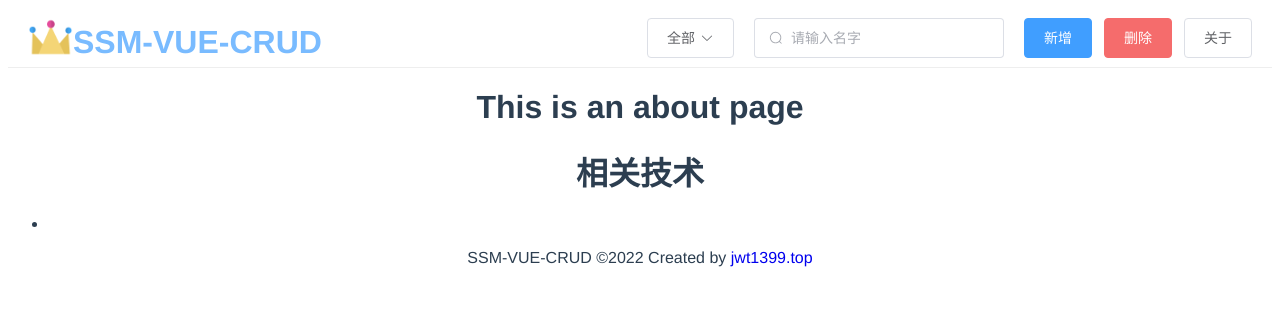
Repository: jwt1399/ssm-vue-crud
Page: /#/about (app in ssm-crud-front/)
These files come from the project's save history. The page is drawn as it stood at one moment and after the next save; the edit follows.
The browser window is 1280 px wide. The pictures show the whole page.
The project was rebuilt for these pictures with package versions that can differ from the ones it lists, and the page was loaded fresh each time. Also part of the build but not shown: ssm-crud-front/vue.config.js, ssm-crud-front/src/components/Form.vue, ssm-crud-front/src/views/CrudView.vue.

Above is the page before, as saved 2022-06-09 12:38:40.

### ssm-crud-front/public/index.html
<!DOCTYPE html>
<html lang="zh-Hans">
  <head>
    <meta charset="utf-8">
    <meta http-equiv="X-UA-Compatible" content="IE=edge">
    <meta name="viewport" content="width=device-width,initial-scale=1.0">
    <link rel="icon" href="<%= BASE_URL %>favicon.png">
    <title><%= htmlWebpackPlugin.options.title %></title>
  </head>
  <body>
    <noscript>
      <strong>We're sorry but <%= htmlWebpackPlugin.options.title %> doesn't work properly without JavaScript enabled. Please enable it to continue.</strong>
    </noscript>
    <div id="app"></div>
    <!-- built files will be auto injected -->
  </body>
</html>

### ssm-crud-front/src/main.js
import { createApp } from 'vue'
import App from './App.vue'
import router from './router'
import ElementPlus from 'element-plus'
import 'element-plus/dist/index.css'
import * as ElementPlusIconsVue from '@element-plus/icons-vue'

const app = createApp(App)

//配置全局icon
for (const [key, component] of Object.entries(ElementPlusIconsVue)) {
    app.component(key, component)
  }

app.use(router).use(ElementPlus).mount('#app')

### ssm-crud-front/src/App.vue
<template>
  <Header/>
  <router-view/>
  <Footer/>
</template>

<script>
import Header from '@/components/Header.vue'
import Footer from '@/components/Footer.vue'
export default {
    components: {
        Header,
        Footer,
    }
}
</script>

<style>
#app {
  font-family: Avenir, Helvetica, Arial, sans-serif;
  -webkit-font-smoothing: antialiased;
  -moz-osx-font-smoothing: grayscale;
  text-align: center;
  color: #2c3e50;
}
</style>

### ssm-crud-front/src/router/index.js
import { createRouter, createWebHashHistory } from 'vue-router'
import CrudView from '../views/CrudView.vue'
const routes = [
  {
    path: '/',
    name: 'home',
    component: CrudView
  },
  {
    path: '/about',
    name: 'about',
    // route level code-splitting
    // this generates a separate chunk (about.[hash].js) for this route
    // which is lazy-loaded when the route is visited.
    component: () => import(/* webpackChunkName: "about" */ '../views/AboutView.vue')
  }
]

const router = createRouter({
  history: createWebHashHistory(),
  routes
})

export default router

### ssm-crud-front/src/components/Header.vue
<template>
 <el-header class="header">
    <div class="nav">
        <a href="/" class="nav-link">
            <img src="../assets/favicon.png" alt="logo" class="nav-logo">
            <h1 class="nav-title ">SSM-VUE-CRUD</h1>
        </a>
    </div>
    <div class="nav-item">
        <el-dropdown>
            <el-button size="large">
                全部
                <el-icon class="el-icon--right">
                    <arrow-down />
                </el-icon>
            </el-button>
            <template #dropdown>
                <el-dropdown-menu>
                    <el-dropdown-item>Action 1</el-dropdown-item>
                    <el-dropdown-item>Action 2</el-dropdown-item>
                </el-dropdown-menu>
            </template>
        </el-dropdown>

        <div class="nav-search">
            <el-input
            placeholder="请输入名字"
            v-model="search"
            size="large"
            @change="searchChange"
            clearable >
                <template #prefix>
                    <el-icon class="el-input__icon"><search /></el-icon>
                </template>
            </el-input>

        </div>
        <el-button type="primary" size="large" @click="addEmployee()">新增</el-button>
        <el-button type="danger" size="large" @click="batchDeleteEmployee()">删除</el-button>
        <!-- <router-link to='/about'> -->
        <el-button type="default" size="large" @click="skipAbout()">关于</el-button>
        <!-- </router-link> -->
    </div>
</el-header>
</template>

<script>
import { useRouter } from 'vue-router'

export default {
    name: 'Header',
    setup() {
        const router = useRouter()
        const skipAbout = ()=>{
        // window.location.href='#/about';
        // router.push({path:'about'})
        router.push({ name: 'about'})
        }
        return {
            skipAbout,
        }
    },

}


</script>



<style scoped>
.nav-logo {
	height: 45px;
	width: 45px;
	vertical-align: middle;
	display: inline-block;
}

.nav-title {
	font-size: 2rem;
	display: inline-block;
	vertical-align: middle;
	color: #79bbff;
	padding-top: 10px;
}

.nav-item {
	display: flex;
	align-items: center;
}

.nav-search {
	width: 250px;
	margin: 0 20px;
}

.header {
	display: flex;
	align-items: center;
	justify-content: space-between;
	width: 100%;
	border-bottom: 1px solid #eee;
	min-width: 800px;
}



</style>

### ssm-crud-front/src/components/Footer.vue
<template>
<el-footer class="footer" style="text-align:center">
    SSM-VUE-CRUD ©2022 Created by
    <a href="https://jwt1399.top" style="text-decoration: none;">
    jwt1399.top
    </a>
 </el-footer>
</template>


<script>
export default{
    name:'Footer',
}
</script>

### ssm-crud-front/src/views/AboutView.vue
<template>
  <div class="about">
    <h1>This is an about page</h1>
    <h1>相关技术</h1>
    <ul>
      <li></li>
    </ul>
  </div>
</template>

After the next save:
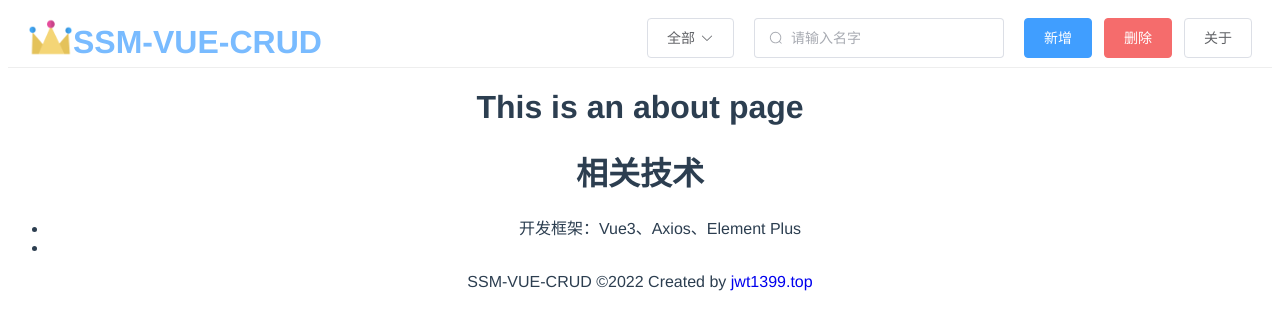
Saved 11 s later.
--- a/ssm-crud-front/src/views/AboutView.vue
+++ b/ssm-crud-front/src/views/AboutView.vue
@@ -3,6 +3,7 @@
     <h1>This is an about page</h1>
     <h1>相关技术</h1>
     <ul>
+      <li>开发框架：Vue3、Axios、Element Plus</li>
       <li></li>
     </ul>
   </div>
